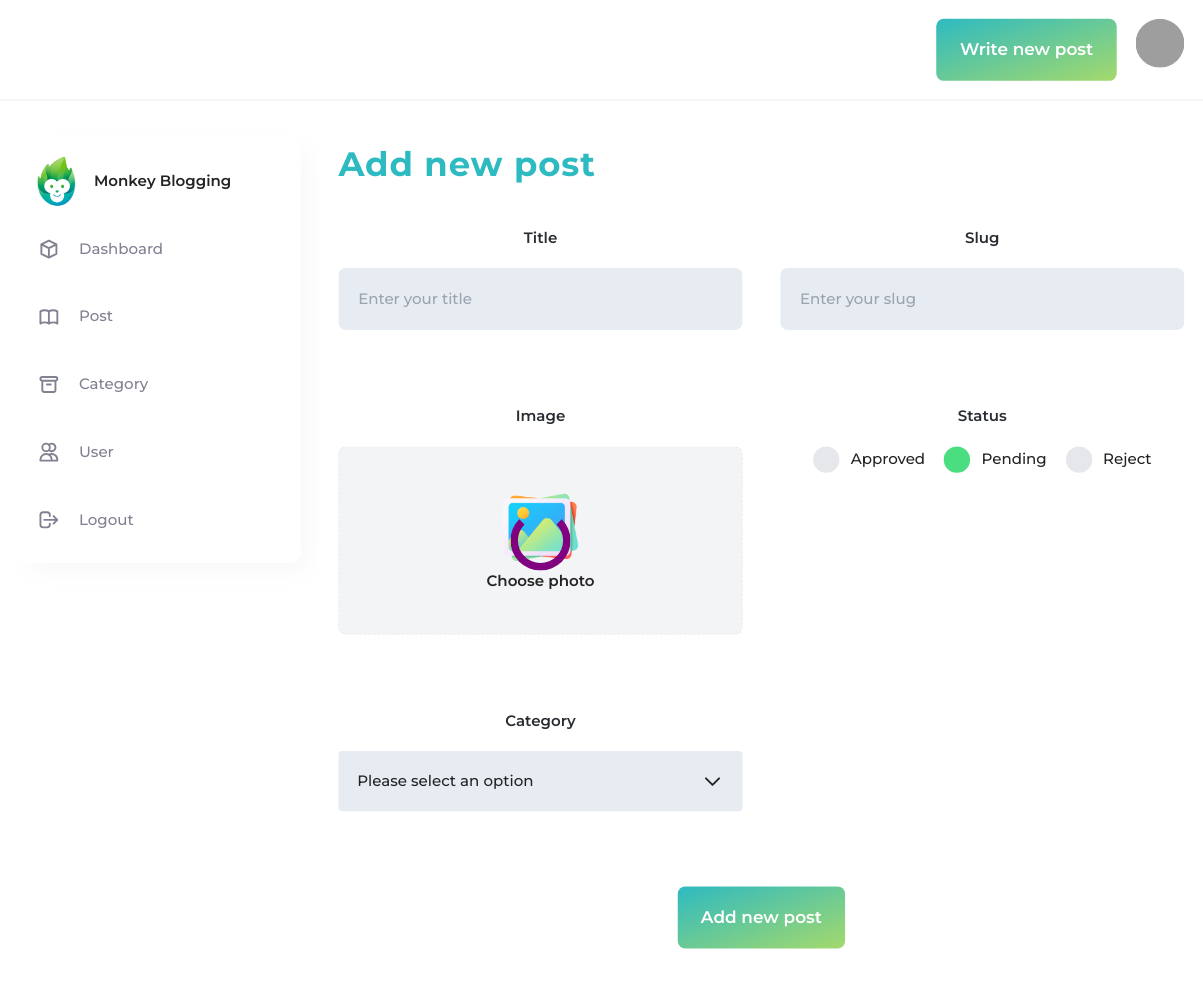
Repository: ThanhPhongsof/react-course-projects
Page: /manage/add-post (app in react-monkey-bloging/)
An editor plug-in stored every save of this project. The page is shown before and after the next save, followed by the edit.
The browser window is 1280 px wide. The pictures show the whole page, at 94% of full size.
Pictures or frames that could not be fetched are drawn as grey boxes. The project was rebuilt for these pictures with package versions that can differ from the ones it lists, and the page was loaded fresh each time. Also part of the build but not shown: react-monkey-bloging/src/page/AuthenticationPage.js, react-monkey-bloging/src/components/icon/IconEyeOpen.js, react-monkey-bloging/src/components/icon/IconEyeClose.js, react-monkey-bloging/src/components/icon/index.js, react-monkey-bloging/src/components/input/InputPasswordToggle.js, react-monkey-bloging/src/page/SignUpPage.js, react-monkey-bloging/src/page/SignInPage.js, react-monkey-bloging/src/components/layout/Header.js and 21 more. Imported but missing from the stored project, and not drawn on this page: react-monkey-bloging/src/components/loading/LoadingSpinner, react-monkey-bloging/src/module/post/PostMeta.

Above is the page before, as saved 2022-05-09 15:08:20.

After the next save:
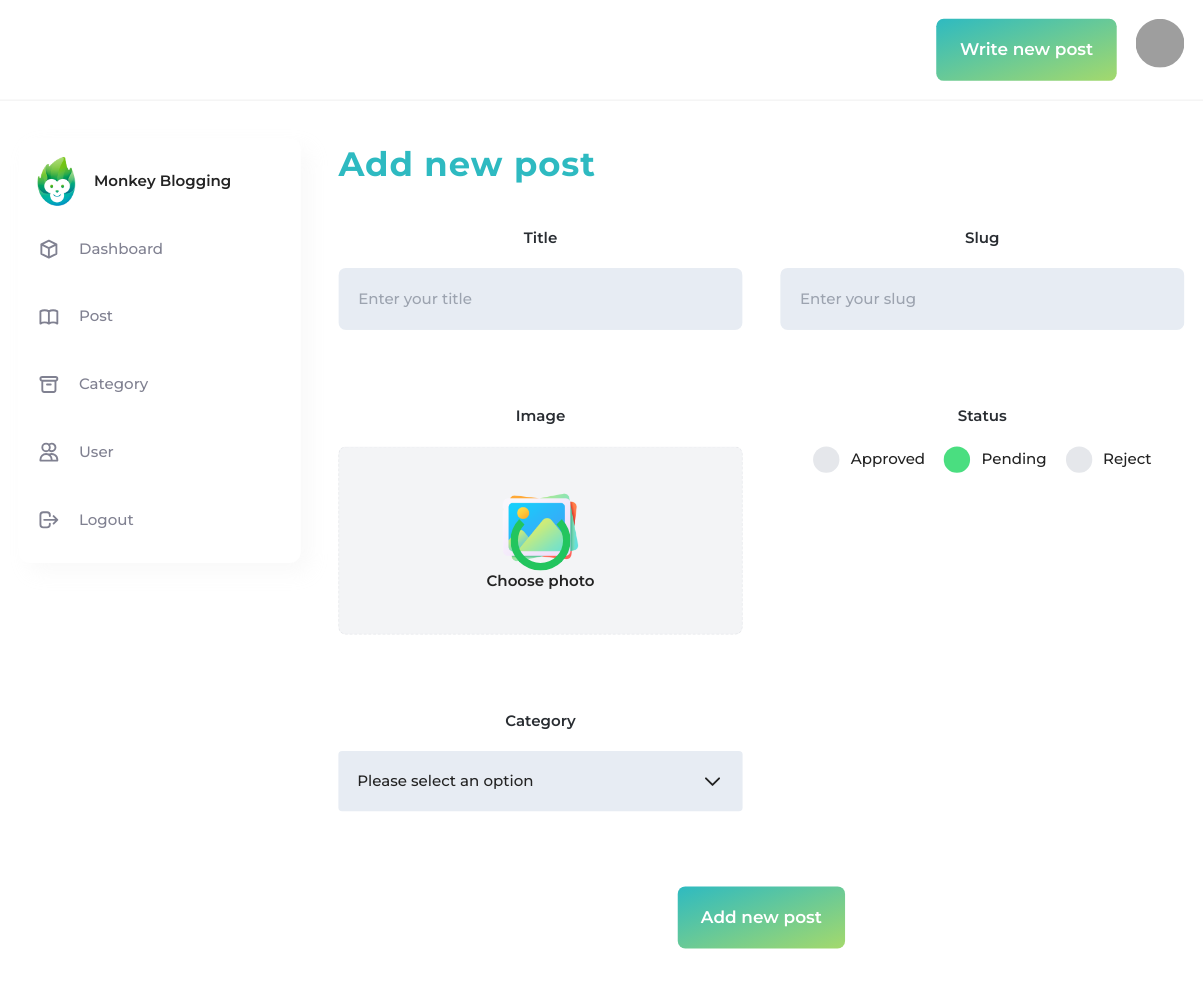
Saved 8 s later.
--- a/react-monkey-bloging/src/components/image/ImageUpload.js
+++ b/react-monkey-bloging/src/components/image/ImageUpload.js
@@ -54,7 +54,6 @@ const ImageUploadStyles = styled.label`
       height: 64px;
       border-width: 8px;
       border-color: rgb(34, 197, 94);
-      border-color: purple;
       border-top-color: transparent;
       position: absolute;
       z-index: 10;
